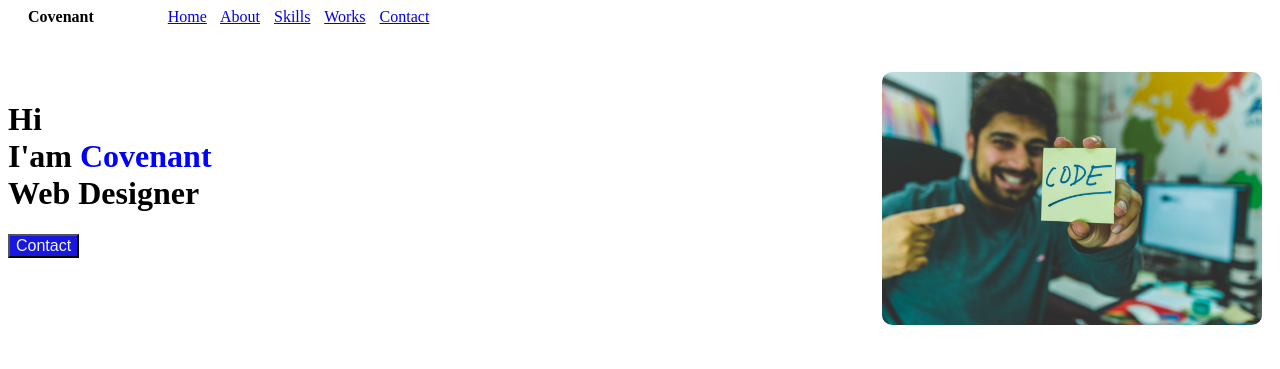
Repository: Tobby004/bdc-assignment-1
Page: index.html
The author's editor kept a copy of each file at every save. The page is drawn from the files as they stood at one save, then again after the next save.
The browser window is 1280 px wide. The pictures show the whole page.

Above is the page before, as saved 2023-02-09 09:08:47.

### index.html
<!DOCTYPE html>
<html lang="en">
<head>
    <meta charset="UTF-8">
    <meta http-equiv="X-UA-Compatible" content="IE=edge">
    <meta name="viewport" content="width=device-width, initial-scale=1.0">
    <title>Document</title>
    <link rel="stylesheet" href="task.css">
</head>
<body>
    <header>
        <b>
            Covenant
        </b>
        <a href="#">
            Home</a>
            <a href="#">About</a>
            <a href="#">Skills</a>
            <a href="#">Works</a>
            <a href="#">Contact</a>
    </header>
    <br>
    <br>
   <img src="image/Cov.jpg">
   <br>
   <h1>Hi <br> I'am <b>Covenant</b><br> Web Designer</h1>
<button>Contact</button>
</body>
</html>

### task.css
* {
    box-sizing: border-box;
}
header{
    max-width: 500%;
}
header b {
padding: 20px;
margin-right: 50px;
max-width: 50%;
}
header a {
    margin-inline-end: 10px;
}
img{
    width: 400Px;
    display: block;
    padding: 10px;
    float: right;
    border-radius: 20px;
}
h1 b {
    color: blue;
}
button {
    background-color: rgb(23, 23, 224);
    font-size: medium;
    display: block;
    color: whitesmoke;
}

After the next save:
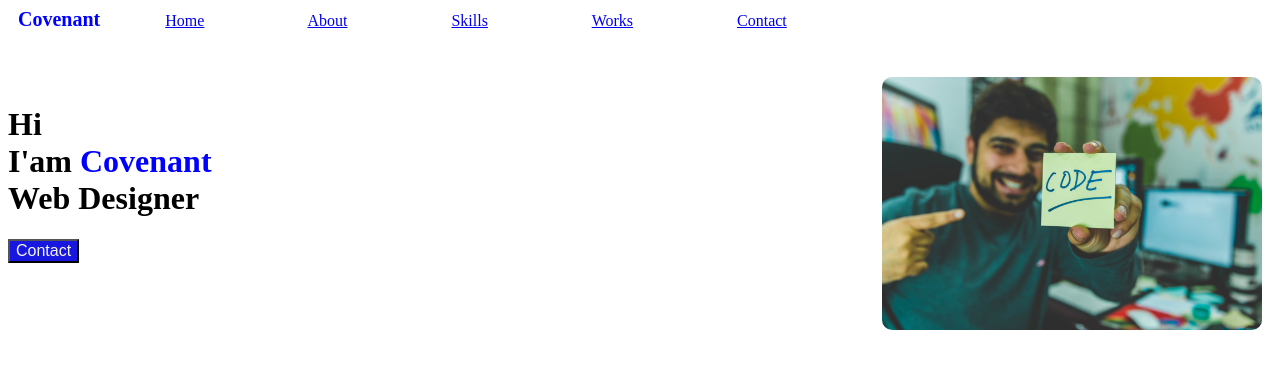
Saved 3 min 6 s later.
--- a/task.css
+++ b/task.css
@@ -3,14 +3,20 @@
 }
 header{
     max-width: 500%;
+    display: flexbox;
+    color: blue;
 }
 header b {
-padding: 20px;
+font-size: 20px;
+padding: 10px;
 margin-right: 50px;
-max-width: 50%;
+width: 100%;
+margin-bottom: 20px;
+justify-content: space-between;
 }
 header a {
-    margin-inline-end: 10px;
+    margin-inline-end: 100px;
+
 }
 img{
     width: 400Px;
